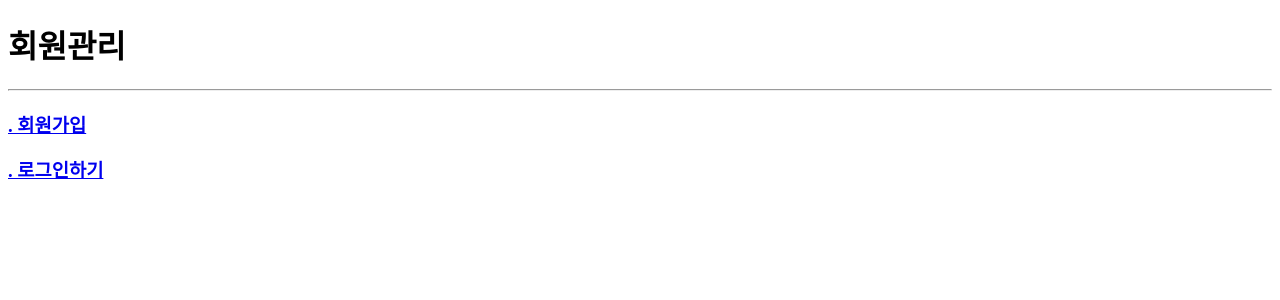
Repository: beescuit9510/toyProjects
Page: http://localhost/05_jspDbProject/
These files come from the project's save history. The page is drawn as it stood at one moment and after the next save; the edit follows.
The browser window is 1280 px wide. The pictures show the whole page.
The page is served by Tomcat 9. Other server files are loaded and not shown.

Above is the page before, as saved 2021-09-30 08:21:03.

### web-server-workplace/05_jspDbProject/src/main/webapp/index.jsp
<%@page import="kr.or.iei.member.model.vo.Member"%>
<%@ page language="java" contentType="text/html; charset=UTF-8"
    pageEncoding="UTF-8"%>
    <%
	// sesstion은 여러 객체를 저장하는 공간으로 object 로 처리
	// object는 모든 클래스의 조상 클래스로 다형성으로 처리가 가능
	// session에서 가져온 데이터 또한 object 즉, 다운캐스팅 후 사용해야함
	// 세션에 member라는 키로 로그인한 회원 정보를 저장
    	Member member = (Member)session.getAttribute("member");

    	boolean loggedIn = member!=null;
    	String logInOut= ". 로그인하기";
    	String href = "/05_jspDbProject/views/loginFrm.jsp";
    	String printAllMember = "";

    	if(loggedIn){
    		logInOut =". 로그아웃하기";
    		href = "/05_jspDbProject/views/logout.jsp";
    		printAllMember = member.getMemberLevel()==1?"<h3><a href='/05_jspDbProject/views/allMember.jsp'> 전체 조회하기</a></h3>":"";
    	}
    %>
<!DOCTYPE html>
<html>
<head>
<meta charset="UTF-8">
<title>Insert title here</title>
</head>
<body>
	<h1>회원관리</h1>
	<hr>
	<% if(!loggedIn) %>
	<h3><a href="/05_jspDbProject/views/joinFrm.jsp">. 회원가입</a></h3>
	<%=printAllMember %>
	<h3><a href=<%=href %>><%=logInOut %></a></h3>
</body>
</html>

After the next save:
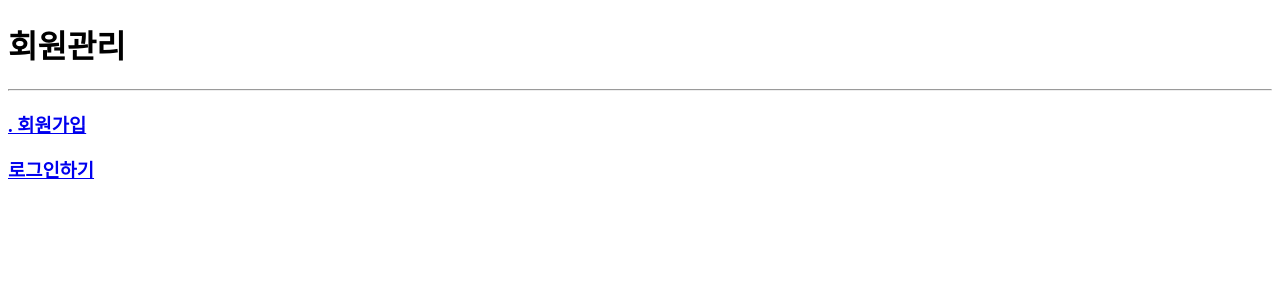
Saved 55 s later.
--- a/web-server-workplace/05_jspDbProject/src/main/webapp/index.jsp
+++ b/web-server-workplace/05_jspDbProject/src/main/webapp/index.jsp
@@ -9,12 +9,12 @@
     	Member member = (Member)session.getAttribute("member");
 
     	boolean loggedIn = member!=null;
-    	String logInOut= ". 로그인하기";
+    	String logInOut= "로그인하기";
     	String href = "/05_jspDbProject/views/loginFrm.jsp";
     	String printAllMember = "";
 
     	if(loggedIn){
-    		logInOut =". 로그아웃하기";
+    		logInOut ="로그아웃하기";
     		href = "/05_jspDbProject/views/logout.jsp";
     		printAllMember = member.getMemberLevel()==1?"<h3><a href='/05_jspDbProject/views/allMember.jsp'> 전체 조회하기</a></h3>":"";
     	}
